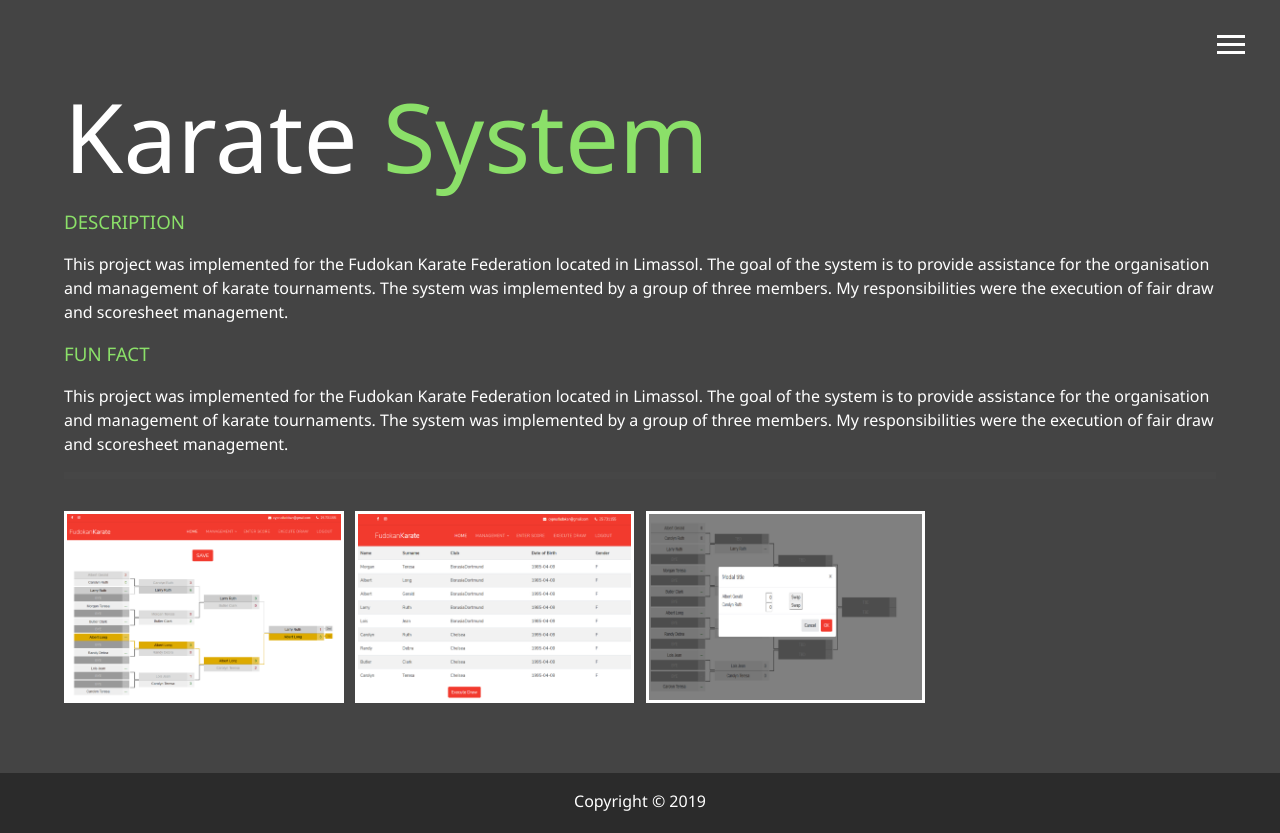
Repository: Preap/portfolio
Page: dist/projects/karate.html
An editor plug-in stored every save of this project. The page is shown before and after the next save, followed by the edit.
The browser window is 1280 px wide. The pictures show the whole page.
Some web libraries are served in a nearby version.

Above is the page before, as saved 2019-06-06 00:57:56.

### dist/projects/karate.html
<!DOCTYPE html>
<html lang="en">
  <head>
    <meta charset="UTF-8" />
    <meta name="viewport" content="width=device-width, initial-scale=1.0" />
    <meta http-equiv="X-UA-Compatible" content="ie=edge" />
    <link
      rel="stylesheet"
      href="https://use.fontawesome.com/releases/v5.6.1/css/all.css"
      integrity="sha384-gfdkjb5BdAXd+lj+gudLWI+BXq4IuLW5IT+brZEZsLFm++aCMlF1V92rMkPaX4PP"
      crossorigin="anonymous"
    />
    <link rel="stylesheet" href="../css/main.css" />
    <title>My Karate Project</title>
  </head>
  <body>
    <header>
      <div class="menu-btn">
        <div class="btn-line"></div>
        <div class="btn-line"></div>
        <div class="btn-line"></div>
      </div>

      <nav class="menu">
        <div class="menu-branding"><div class="portrait"></div></div>

        <ul class="menu-nav">
          <li class="nav-item">
            <a href="../index.html" class="nav-link"> Home </a>
          </li>
          <li class="nav-item">
            <a href="../about.html" class="nav-link"> My Experience </a>
          </li>
          <li class="nav-item">
            <a href="../work.html" class="nav-link current"> My Projects </a>
          </li>
          <li class="nav-item">
            <a href="../contact.html" class="nav-link"> Contact Me </a>
          </li>
        </ul>
      </nav>
    </header>

    <main id="work">
      <h1 class="lg-heading">
        Karate <span class="text-secondary">System</span>
      </h1>

      <div class="project-description">
        <h3 class="text-secondary">DESCRIPTION</h3>
        <p>
          This project was implemented for the Fudokan Karate Federation located in Limassol.
          The goal of the system is to provide assistance for the organisation and management of karate tournaments.
          The system was implemented by a group of three members. My responsibilities were the execution of fair draw
          and scoresheet management.
        </p>
        <h3 class="text-secondary">FUN FACT</h3>
        <p>
          This project was implemented for the Fudokan Karate Federation located in Limassol.
          The goal of the system is to provide assistance for the organisation and management of karate tournaments.
          The system was implemented by a group of three members. My responsibilities were the execution of fair draw
          and scoresheet management.
        </p>
      </div>
      <h2 class="sm-heading"></h2>
      <div class="projects">
        <div class="item">
          <a href="#!">
            <img src="../img/projects/karate/image1.png" alt="karate_image" />
          </a>
        </div>
        <div class="item">
          <a href="#!">
            <img src="../img/projects/karate/image2.jpg" alt="karate_image" />
          </a>
        </div>
        <div class="item">
          <a href="#!">
            <img src="../img/projects/karate/image3.jpg" alt="karate_image" />
      </div>
      <br>

    </main>

    <footer id="main-footer">
      Copyright &copy; 2019
    </footer>

    <script src="../js/main.js"></script>
  </body>
</html>

### dist/css/main.css
.menu-btn {
  position: absolute;
  top: 35px;
  right: 35px;
  z-index: 3;
  cursor: pointer;
  transition: all 0.5s ease-out;
}
.menu-btn .btn-line {
  width: 28px;
  height: 3px;
  margin: 0 0 5px 0;
  background: #fff;
  transition: all 0.5s ease-out;
}
.menu-btn.close {
  transform: rotate(180deg);
}
.menu-btn.close .btn-line:nth-child(1) {
  transform: rotate(45deg) translate(5px, 5px);
}
.menu-btn.close .btn-line:nth-child(2) {
  opacity: 0;
}
.menu-btn.close .btn-line:nth-child(3) {
  transform: rotate(-45deg) translate(6px, -6px);
}

.menu {
  position: fixed;
  top: 0;
  width: 100%;
  opacity: 0.98;
  visibility: hidden;
}
.menu.show {
  visibility: visible;
}
.menu-branding,
.menu-nav {
  display: flex;
  flex-flow: column wrap;
  align-items: center;
  justify-content: center;
  float: left;
  width: 50%;
  height: 100vh;
  overflow: hidden;
}
.menu-nav {
  margin: 0;
  padding: 0;
  background: #373737;
  list-style: none;
  transform: translate3d(100%, -100%, 0);
  transition: all 0.5s ease-out;
}
.menu-nav.show {
  transform: translate3d(0, 0, 0);
}
.menu-branding {
  background: #444;
  transform: translate3d(-100%, 100%, 0);
  transition: all 0.5s ease-out;
}
.menu-branding.show {
  transform: translate3d(0, 0, 0);
}
.menu-branding .portrait {
  width: 250px;
  height: 250px;
  background: url(../img/port2BW.jpg);
  border-radius: 50%;
  border: solid 3px #8be069;
  opacity: 1;
}
.menu .nav-item {
  transform: translate3d(600px, 0, 0);
  transition: all 0.5s ease-out;
}
.menu .nav-item.show {
  transform: translate3d(0, 0, 0);
}
.menu .nav-link {
  display: inline-block;
  position: relative;
  font-size: 50px;
  text-transform: uppercase;
  padding: 1rem 0;
  font-weight: 300;
  color: #fff;
  text-decoration: none;
  transition: all 0.5s ease-out;
}
.menu .nav-link:hover {
  color: #8be069;
  transition: all 0.5s ease-out;
}
.menu .nav-link.current {
  color: #8be069;
}

.nav-item:nth-child(1) {
  transition-delay: 0.15s;
}

.nav-item:nth-child(2) {
  transition-delay: 0.3s;
}

.nav-item:nth-child(3) {
  transition-delay: 0.45s;
}

.nav-item:nth-child(4) {
  transition-delay: 0.6s;
}

* {
  box-sizing: border-box;
}

body {
  background: #444;
  color: #fff;
  height: 100%;
  margin: 0;
  font-family: "Segoe UI", Tahoma, Geneva, Verdana, sans-serif;
  line-height: 1.5;
}
body#bg-img {
  background: url(../img/keyboard.jpg);
  background-attachment: fixed;
  background-size: cover;
}
body#bg-img::after {
  content: "";
  position: absolute;
  top: 0;
  right: 0;
  width: 100%;
  height: 100%;
  z-index: -1;
  background: rgba(68, 68, 68, 0.9);
}

h1,
h2,
h3 {
  margin: 0;
  font-weight: 400;
}
h1.lg-heading,
h2.lg-heading,
h3.lg-heading {
  font-size: 6rem;
}
h1.sm-heading,
h2.sm-heading,
h3.sm-heading {
  margin-bottom: 2rem;
  padding: 0.2rem 1rem;
  background: rgba(73, 73, 73, 0.5);
}

a {
  color: #fff;
  text-decoration-line: none;
}

header {
  position: fixed;
  z-index: 2;
  width: 100%;
}

.text-secondary {
  color: #8be069;
}

main {
  padding: 4rem;
  min-height: calc(100vh - 60px);
}
main .icons {
  margin-top: 1rem;
}
main .icons a {
  padding: 0.4rem;
}
main .icons a:hover {
  color: #8be069;
  transition: all 0.5s ease-out;
}
main#home {
  overflow: hidden;
}
main#home h1 {
  margin-top: 20vh;
}

.about-info {
  display: grid;
  grid-gap: 30px;
  grid-template-areas:
    "bioimage bio bio"
    "job1 job2 job3";
  grid-template-columns: repeat(3, 1fr);
}
.about-info .bio-image {
  grid-area: bioimage;
  margin: auto;
  border-radius: 50%;
  border: #8be069 3px solid;
}
.about-info .bio {
  grid-area: bio;
  font-size: 1.5rem;
}
.about-info .job-1 {
  grid-area: job1;
}
.about-info .job-2 {
  grid-area: job2;
}
.about-info .job-3 {
  grid-area: job3;
}
.about-info .job {
  background: #585858;
  padding: 0.5rem;
  border-bottom: #8be069 5px solid;
}

.projects {
  display: grid;
  grid-gap: 0.7rem;
  grid-template-columns: repeat(3, 1fr);
}
.projects img {
  width: 100%;
  border: 3px #fff solid;
}
.projects img:hover {
  opacity: 0.5;
  border-color: #8be069;
  transition: all 0.5s ease-out;
}

.boxes {
  display: flex;
  flex-wrap: wrap;
  justify-content: space-evenly;
  align-items: center;
  margin-top: 1rem;
}
.boxes div {
  font-size: 2rem;
  border: 3px #fff solid;
  padding: 1.5rem 2.5rem;
  margin-bottom: 3rem;
  transition: all 0.5s ease-out;
}
.boxes div:hover {
  padding: 0.5rem 1.5rem;
  background: #8be069;
  color: #000;
}
.boxes div:hover span {
  color: #000;
}

.btn,
.btn-dark,
.btn-light {
  display: block;
  padding: 0.5rem 1rem;
  border: 0;
  margin-bottom: 0.3rem;
}
.btn:hover,
.btn-dark:hover,
.btn-light:hover {
  background: #8be069;
  color: #000;
  transition: all 0.5s ease-out;
}

.btn-dark {
  background: black;
  color: #fff;
}

.btn-light {
  background: #c4c4c4;
  color: #000;
}

#main-footer {
  text-align: center;
  padding: 1rem;
  background: #2b2b2b;
  color: #fff;
  height: 60px;
}

.bio {
  grid-area: bio;
  font-size: 1.5rem;
}

@media screen and (min-width: 1171px) {
  .projects {
    grid-template-columns: repeat(4, 1fr);
  }
}

@media screen and (min-width: 769) and (max-width: 1170px) {
  .projects {
    grid-template-columns: repeat(3, 1fr);
  }
}

@media screen and (max-width: 768px) {
  main {
    align-items: center;
    text-align: center;
  }
  main .lg-heading {
    line-height: 1;
    margin-bottom: 1rem;
  }
  ul.menu-nav,
  div.menu-branding {
    float: none;
    width: 100%;
    min-height: 0;
  }
  ul.menu-nav.show,
  div.menu-branding.show {
    transform: translate3d(0, 0, 0);
  }
  .menu-nav {
    height: 75vh;
    transform: translate3d(-100%, 0, 0);
    font-size: 24px;
  }
  .menu-branding {
    height: 25vh;
    transform: translate3d(100%, 0, 0);
  }
  .menu-branding .portrait {
    background: url(../img/portSmallBW.jpg);
    width: 150px;
    height: 150px;
  }
  .about-info {
    grid-template-areas:
      "bioimage"
      "bio"
      "job1"
      "job2"
      "job3";
    grid-template-columns: 1fr;
  }
  .projects {
    grid-template-columns: repeat(2, 1fr);
  }
}

@media screen and (max-width: 500px) {
  main#home h1 {
    margin-top: 10vh;
  }
  .projects {
    grid-template-columns: 1fr;
  }
}

### dist/js/main.js
// Select DOM Items
const menuBtn = document.querySelector(".menu-btn");
const menu = document.querySelector(".menu");
const menuNav = document.querySelector(".menu-nav");
const menuBranding = document.querySelector(".menu-branding");
const navItems = document.querySelectorAll(".nav-item");

//Set initial state of menu

let showMenu = false;

menuBtn.addEventListener("click", toggleMenu);

function toggleMenu() {
  if (!showMenu) {
    menuBtn.classList.add("close");
    menu.classList.add("show");
    menuNav.classList.add("show");
    menuBranding.classList.add("show");
    navItems.forEach(item => item.classList.add("show"));

    //set menu state
    showMenu = true;
  } else {
    menuBtn.classList.remove("close");
    menu.classList.remove("show");
    menuNav.classList.remove("show");
    menuBranding.classList.remove("show");
    navItems.forEach(item => item.classList.remove("show"));

    //set menu state
    showMenu = false;
  }
}

After the next save:
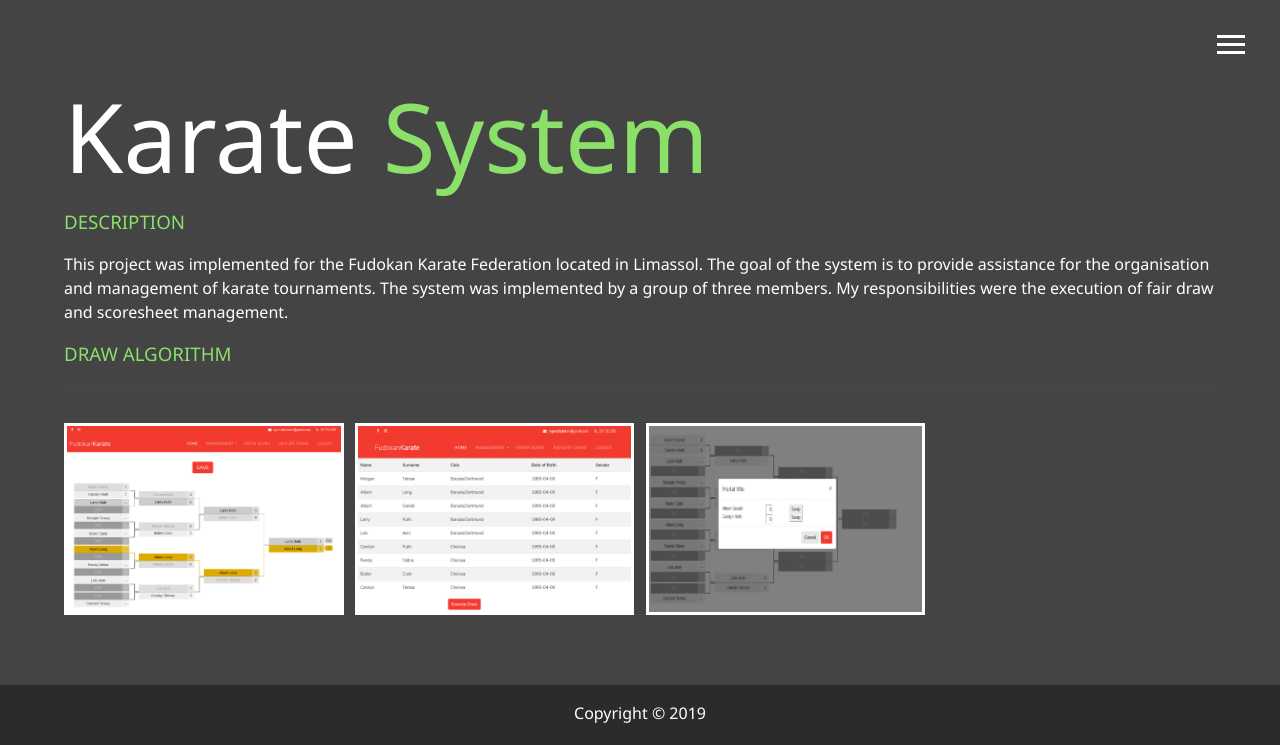
Saved 86 s later.
--- a/dist/projects/karate.html
+++ b/dist/projects/karate.html
@@ -54,12 +54,9 @@
           The system was implemented by a group of three members. My responsibilities were the execution of fair draw
           and scoresheet management.
         </p>
-        <h3 class="text-secondary">FUN FACT</h3>
+        <h3 class="text-secondary">DRAW ALGORITHM</h3>
         <p>
-          This project was implemented for the Fudokan Karate Federation located in Limassol.
-          The goal of the system is to provide assistance for the organisation and management of karate tournaments.
-          The system was implemented by a group of three members. My responsibilities were the execution of fair draw
-          and scoresheet management.
+
         </p>
       </div>
       <h2 class="sm-heading"></h2>
